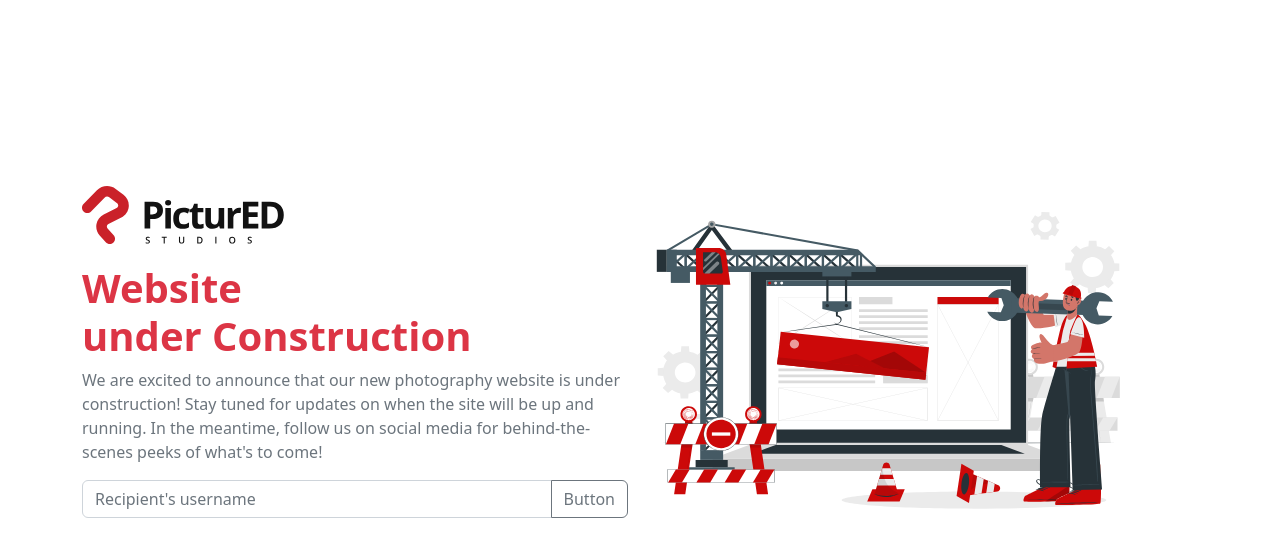
Repository: tHEO2k17/pictured
Page: /
These files come from the project's save history. The page is drawn as it stood at one moment and after the next save; the edit follows.
The browser window is 1280 px wide. The pictures show the whole page.
The project was rebuilt for these pictures with package versions that can differ from the ones it lists, and the page was loaded fresh each time.

Above is the page before, as saved 2022-09-14 14:12:36.

After the next save:
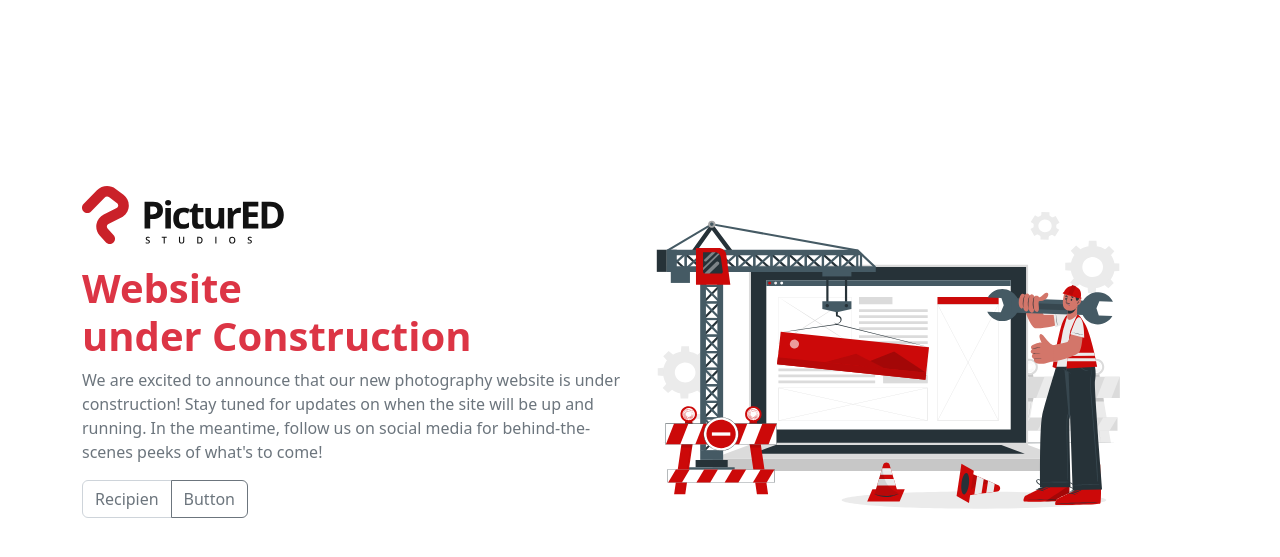
Saved 36 s later.
--- a/src/App.tsx
+++ b/src/App.tsx
@@ -1,5 +1,13 @@
 import React from "react";
-import { Container, Col, Row, Image, InputGroup, Button, Form } from "react-bootstrap";
+import {
+  Container,
+  Col,
+  Row,
+  Image,
+  InputGroup,
+  Button,
+  Form,
+} from "react-bootstrap";
 import logo from "./core/res/images/logo.svg";
 import sideImage from "./core/res/images/side-image.svg";
 
@@ -20,16 +28,20 @@ function App() {
             behind-the-scenes peeks of what's to come!
           </p>
 
-          <InputGroup className="mb-3">
-            <Form.Control
-              placeholder="Recipient's username"
-              aria-label="Recipient's username"
-              aria-describedby="basic-addon2"
-            />
-            <Button variant="outline-secondary" id="button-addon2">
-              Button
-            </Button>
-          </InputGroup>
+          <Row>
+            <Col md={4}>
+              <InputGroup className="mb-3 ">
+                <Form.Control
+                  placeholder="Recipient's username"
+                  aria-label="Recipient's username"
+                  aria-describedby="basic-addon2"
+                />
+                <Button variant="outline-secondary" id="button-addon2">
+                  Button
+                </Button>
+              </InputGroup>
+            </Col>
+          </Row>
         </Col>
         <Col>
           <Image src={sideImage} />
